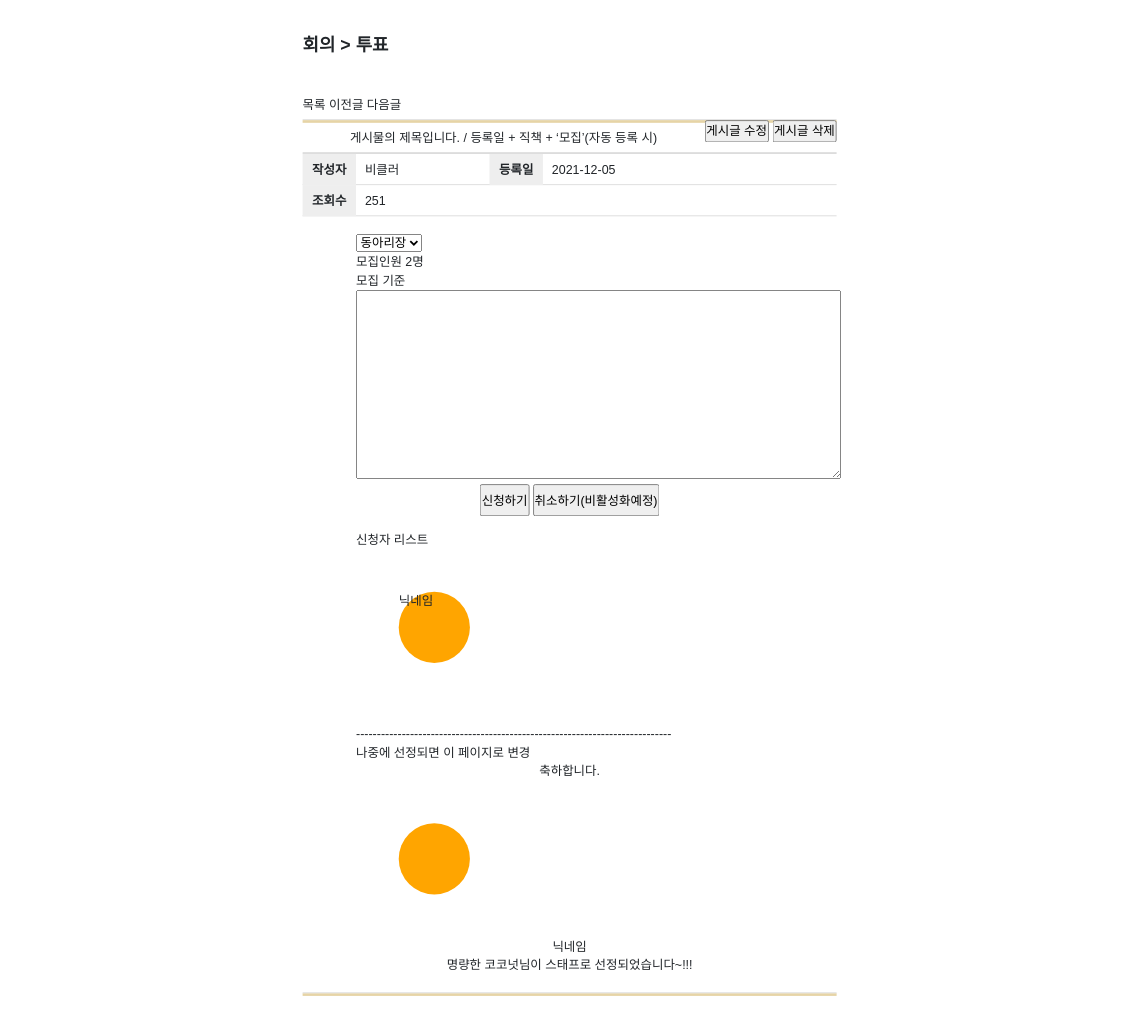
Repository: hyodii/FinalProject
Page: http://localhost/ViewPage/beeMeetingArticle.jsp
These files come from the project's save history. The page is drawn as it stood at one moment and after a run of saves; the edit follows.
The browser window is 1280 px wide. The pictures show the whole page, at 89% of full size.
The page is served by Tomcat 9.

Above is the page before, as saved 2021-12-11 13:11:15.

### ViewPage/WebContent/beeMeetingArticle.jsp
<%@ page contentType="text/html; charset=UTF-8"%>
<%@ taglib prefix="c" uri="http://java.sun.com/jsp/jstl/core"%>
<%
   request.setCharacterEncoding("UTF-8");
   String cp = request.getContextPath();
%>
<!DOCTYPE html>
<html>
<head>
<meta charset="UTF-8">
<title>beeMeetingArticle.jsp</title>

<!-- Bootstrap CSS -->
<link
   href="https://cdn.jsdelivr.net/npm/bootstrap@5.1.3/dist/css/bootstrap.min.css"
   rel="stylesheet"
   integrity="sha384-1BmE4kWBq78iYhFldvKuhfTAU6auU8tT94WrHftjDbrCEXSU1oBoqyl2QvZ6jIW3"
   crossorigin="anonymous">


<style type="text/css">
/*reset*/
* {margin: 0;padding: 0;}
body {margin: 0;}
h1, h2, h3, h4, h5, h6, p, ul, ol, li, dl, dt, dd {margin: 0; padding: 0;}
h1, h2, h3, h4, h5, h6 {font-weight: 700; }
a {color: inherit; text-decoration: inherit;}
img {vertical-align: middle;}
a img {border: none;}
li {list-style: none;}
address, em, i, ul {font-style: normal;}

/*layout*/
.mo {display: none;}
.en {font-family: 'Exo 2', sans-serif;}
body {font-family: 'Noto Sans KR', sans-serif; font-size: 14px;}
.wrap {margin: 0 auto; }

.row p {
   font-size: 10px;
   margin-left: 3vh;
}

.row {
   margin-left: 10%;
   margin-top: 10%;
}

/* 메인 css */
#bbs
{
	width:600px;
	margin:30px auto;
	text-align:left;
}

#bbs_title
{
	width:574px;
	/* padding-left:20px; */
	height:40px;
	/* border:3px solid #D6D4A6; */
	text-align:left;
	font-weight: bold;
	line-height:40px;
	font-size:15pt;
	margin-bottom:30px;
}

#bbsArticle
{
	width:600px;
	overflow: visible;
	border-top:3px solid #E6D4A6;
	border-bottom:3px solid #E6D4A6;
	text-align:left;
}

#bbsArticle_header
{
	height:35px;
	line-height:35px;
	border-bottom:2px solid #DBDBDB;
	text-align:center;
}
#bbsArticle dl
{
	margin: 0px;
}
#bbsArticle dt
{
	float:left;
	height:35px;
	width:60px;
	line-height:35px;
	text-align:center;
	background-color:#EEEEEE;
}

#bbsArticle dd
{
	float:left;
	height:35px;
	width:150px;
	line-height:35px;
	text-align:left;
	padding-left:10px;
}

.bbsArticle_bottomLine
{
	height:35px;
	line-height:35px;
	border-bottom:1px solid #DBDBDB;
	clear:both;
	text-align:left;
}

.bbsArticle_noLine
{
	height:35px;
	line-height:35px;
	clear:both;
	text-align:left;
}

#bbsArticle_content
{
    overflow: visible;
    border-bottom:1px solid #DBDBDB;
    text-align:left;
    min-height:250px;
    padding: 20px 60px 20px 60px;
    word-break:break-all;
}

#bbsArticle_footer
{
	clear:both;
	height:32px;
	line-height:32px;
	margin-bottom:20px;
	text-align: center;
}

#bbsArticle_footer #leftFooter
{
	float:left;
	width:300px;
	text-align:left;
}

#bbsArticle_footer #rightFooter
{
	float:right;
	width:300px;
	text-align:right;
}

#bbsCreated_footer
{
	width:600px;
	overflow: visible;
	clear:both;
	height:50px;
	line-height:50px;
	margin-bottom:20px;
	text-align:center;
}

.topbtn
{
	float: right;
}

.agree
{
	display: flex;
}


.congratulation
{
	text-align: center;
}

.circle
{
	width: 80px;
	height: 80px;
	border-radius:50%;
	background:orange;
	margin : 10%;
}

</style>
</head>
<body>

<!--
	beeMeetingArticle.jsp
	- 동아리 내 회의 > 모집글 클릭 시 아티클
-->

<div id="bbs">

	<div id="bbs_title">
		회의 > 투표
	</div>

	<div class="bbsArticle_bottomLine">
		목록
		이전글
		다음글
	</div>

	<form action="">
	<div class="topbtn">
		<input type="button" value="게시글 수정" />
		<input type="button" value="게시글 삭제" />
	</div>
	</form>

	<div id="bbsArticle">
	<form>
		<div id="bbsArticle_header">
			게시물의 제목입니다. /  등록일 + 직책  + ‘모집’(자동 등록 시)
		</div>

		<div class="bbsArticle_bottomLine">
			<dl>
				<dt>작성자</dt>
				<dd>비클러</dd>

				<dt>등록일</dt>
				<dd>2021-12-05</dd>
			</dl>
		</div>

		<div class="bbsArticle_bottomLine">
			<dl>
				<dt>조회수</dt>
				<dd>251</dd>
			</dl>
		</div>

		<div id="bbsArticle_content">
			<div class="box">
				<div>
					<select name="categoryKey" class="selectField">
						<option value="leader" selected="selected">동아리장</option>
						<option value="manager">총무</option>
						<option value="staff">스태프</option>
					</select>
				</div>
			</div>

			<div>
				모집인원 2명
			</div>

			<div>
			모집 기준<textarea rows="10" cols="65"></textarea>
			</div>


			<div id="bbsArticle_footer">
				<input type="button" value="신청하기" class="btn2"
				onclick=""/>
				<!-- 신청하기 버튼누르면 활성화 -->
				<input type="button" value="취소하기(비활성화예정)" class="btn2"
				onclick=""/>
			</div>


			<div>
				<p>신청자 리스트</p>

				<div class="profile">

				<div class="circle">
					 <div>닉네임</div>
				</div>
		     </div>



					<br>
					----------------------------------------------------------------------------
					<br>
					 나중에 선정되면 이 페이지로 변경
					<br>

					  <div class="congratulation">
					   <div>
					   	<p>축하합니다.</p>
					   </div>

					  <div>
			             <div class="circle"></div>
						 <div>닉네임</div>
					  </div>

		              <div>
					   	<p>명량한 코코넛님이 스태프로 선정되었습니다~!!!</p>
					   </div>
		            </div>


		</div>

	</form>

	</div><!-- close #bbsArticle -->


</div><!-- close #bbs -->

</body>
</html>

After the next 2 saves:
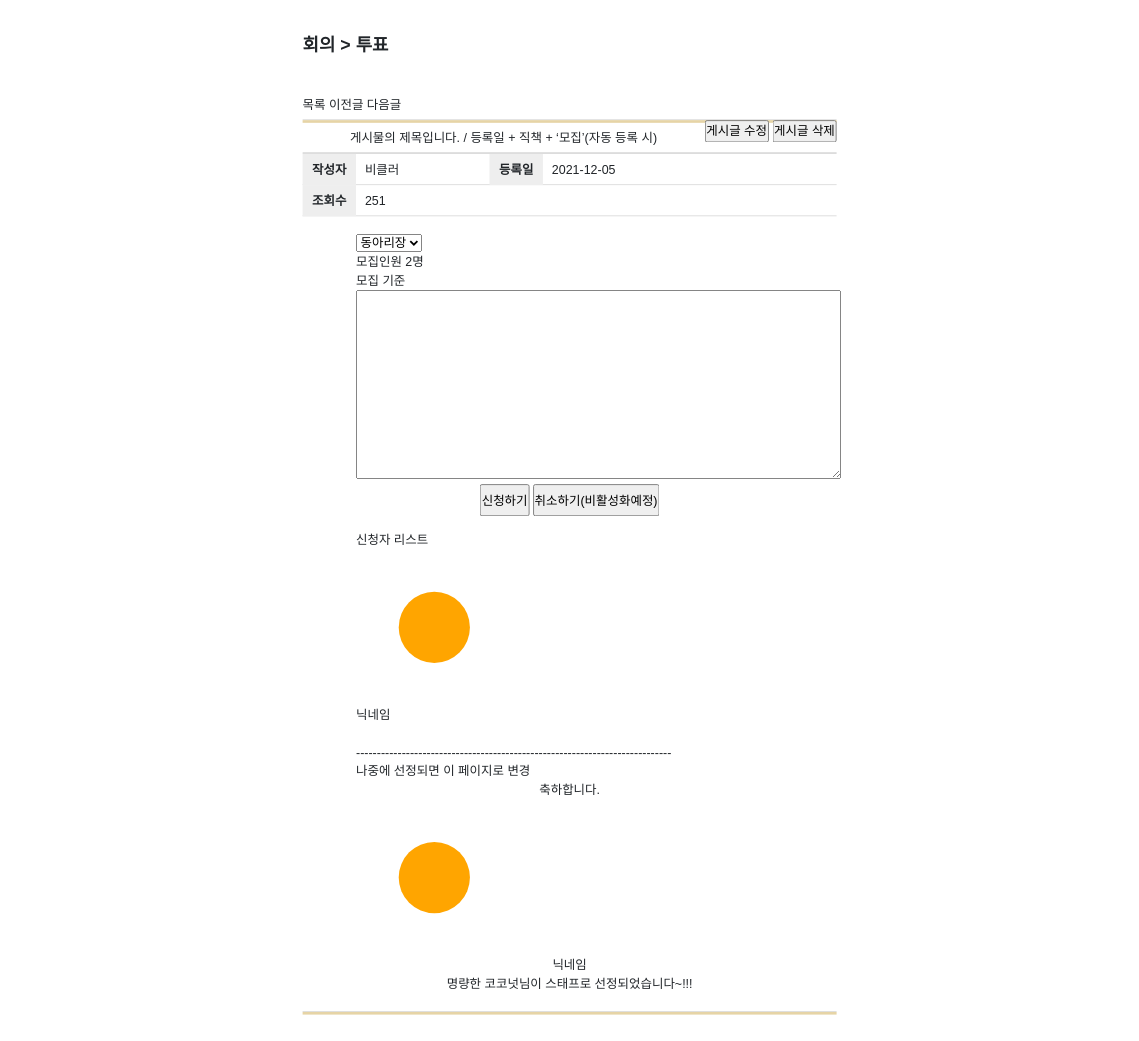
The 2 saves are shown as one change because they came seconds apart.
The last was saved 69 s later.
--- a/ViewPage/WebContent/beeMeetingArticle.jsp
+++ b/ViewPage/WebContent/beeMeetingArticle.jsp
@@ -278,9 +278,11 @@
 
 				<div class="profile">
 
-				<div class="circle">
-					 <div>닉네임</div>
+				<div>
+				<div class="circle"></div>
+				<div>닉네임</div>
 				</div>
+
 		     </div>
 
 

After the 4 saves that followed:
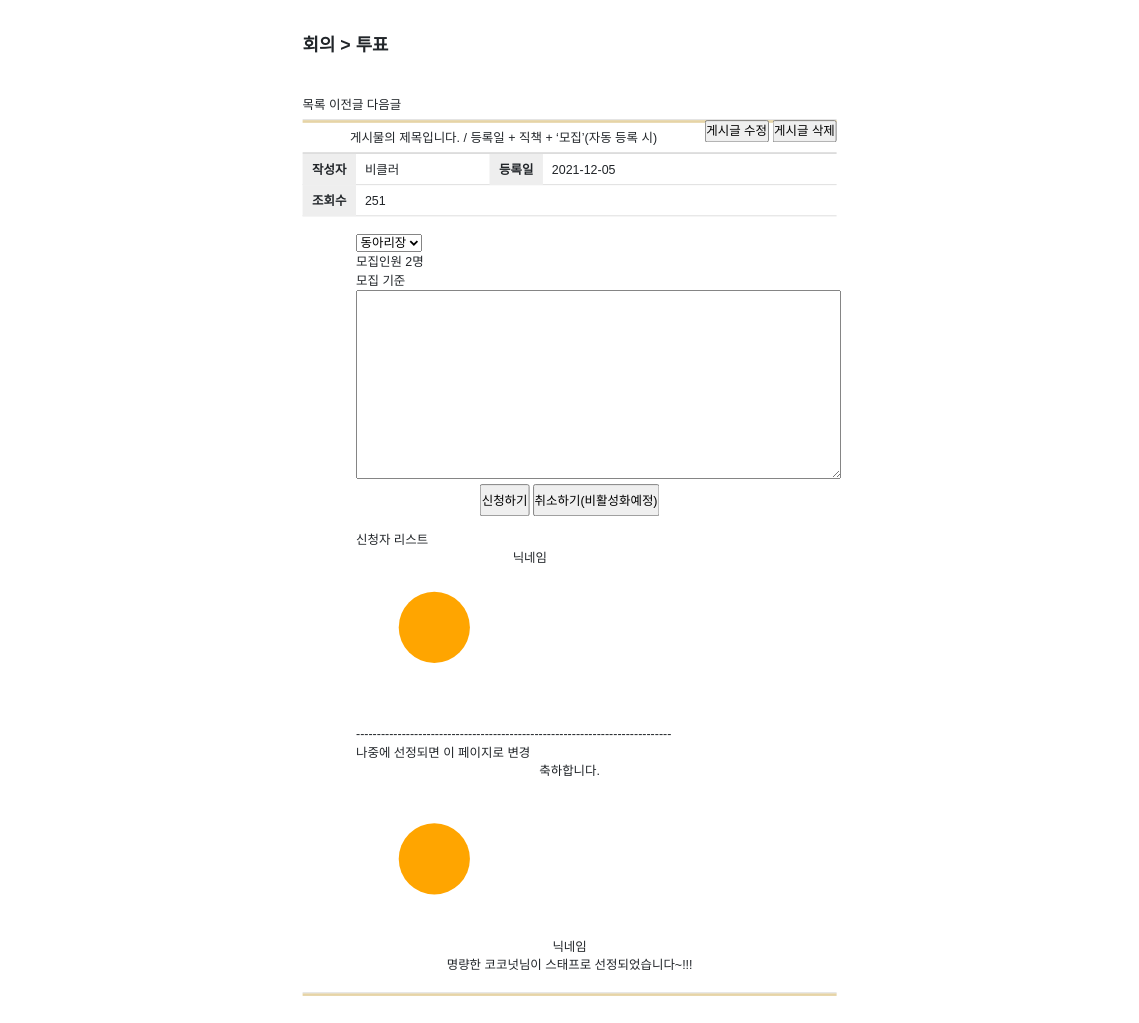
The 4 saves are shown as one change because 3 left the picture as it was.
The last was saved 53 s later.
--- a/ViewPage/WebContent/beeMeetingArticle.jsp
+++ b/ViewPage/WebContent/beeMeetingArticle.jsp
@@ -178,7 +178,10 @@
 	display: flex;
 }
 
-
+.profile
+{
+	display: flex;
+}
 .congratulation
 {
 	text-align: center;
@@ -277,10 +280,8 @@
 				<p>신청자 리스트</p>
 
 				<div class="profile">
-
-				<div>
-				<div class="circle"></div>
-				<div>닉네임</div>
+					<div class="circle"></div>
+					<div>닉네임</div>
 				</div>
 
 		     </div>
